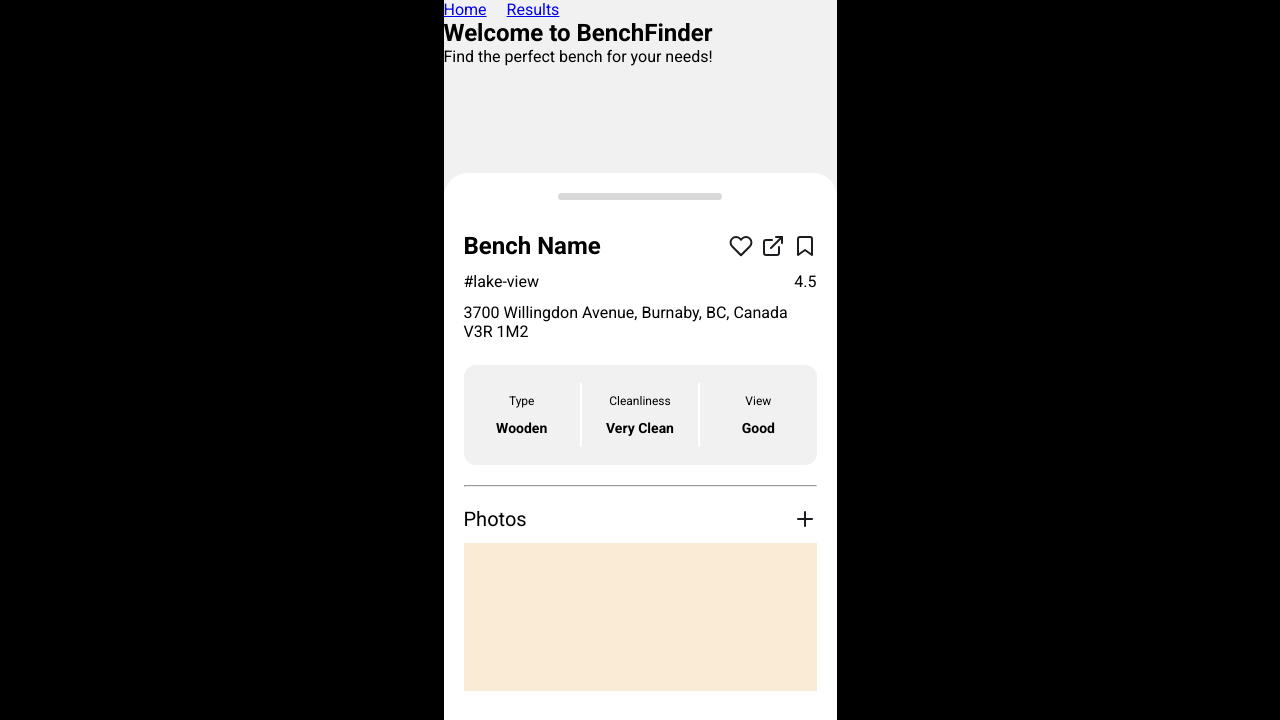
Repository: HidayatPatil/BenchFinder
Page: /
The author's editor kept a copy of each file at every save. The page is drawn from the files as they stood at one save, then again after the next save.
The browser window is 1280 px wide. The pictures show the whole page.
The project was rebuilt for these pictures with package versions that can differ from the ones it lists, and the page was loaded fresh each time. Also part of the build but not shown: vite.config.js, src/Results.jsx.

Above is the page before, as saved 2025-10-09 22:06:27.

### index.html
<!doctype html>
<html lang="en">
  <head>
    <meta charset="UTF-8" />
    <link rel="icon" type="image/svg+xml" href="/vite.svg" />
    <meta name="viewport" content="width=device-width, initial-scale=1.0" />
    <title>benchfinder</title>
  </head>
  <body>
    <div id="root"></div>
    <script type="module" src="/src/main.jsx"></script>
  </body>
</html>

### src/index.css
@import url("https://fonts.googleapis.com/css2?family=Roboto:wght@400;700&display=swap");

/* Reset default margins and padding */
* {
  margin: 0;
  padding: 0;
  box-sizing: border-box;
}

body,
html {
  width: 100%;
  height: 100%;
  overflow: hidden;
  background-color: black;
  display: flex;
  justify-content: center;
  align-items: center;
  font-family: "Roboto", sans-serif;
  overflow: visible;
}

#root {
  width: 393px;
  min-width: 320px;
  max-width: 425px;
  height: 100vh;
  background-color: rgb(0, 0, 0);
  position: relative;
}

.app_body {
  width: 393px;
  min-width: 320px;
  max-width: 425px;
  height: 100%;
  background-color: #f1f1f1;
  margin: 0 auto;
  position: relative;
}

.drawer_container {
  height: 547px;
  width: 100%;
  position: absolute;
  bottom: 0;
  padding: 0 20px;
  background-color: #ffffff;
  border-radius: 24px 24px 0 0;
}

.drawer_handle {
  width: 164px;
  height: 7px;
  border-radius: 100px;
  background-color: #d9d9d9;
  margin: 20px auto 32px auto;
}

.bench_data {
  display: flex;
  flex-direction: column;
  gap: 20px;
}

.bench_information {
  display: flex;
  flex-direction: column;
  gap: 24px;
}

.data_metadata {
  display: flex;
  flex-direction: column;
  gap: 12px;
}

.metadata_name_options {
  display: flex;
  justify-content: space-between;
  align-items: center;

  h2 {
    font-size: 24px;
    font-weight: 600;
  }

  .bench_metadata_options {
    display: flex;
    gap: 8px;
  }

  .option_icons {
    height: 24px;
    width: 24px;
    color: #1c1b1f;
  }
}

.metadata_tags_rating {
  display: flex;
  justify-content: space-between;
  align-items: center;
}

.data_bench_overview {
  display: flex;
  justify-content: space-between;
  gap: 24px;
  align-items: center;
  background-color: #f1f1f1;
  padding: 16px 24px;
  text-align: center;
  height: 100px;
  border-radius: 12px;

  .bench_overview_container {
    display: flex;
    flex-direction: column;
    gap: 12px;
    flex: 1;
  }

  .overview_title {
    font-size: 12px;
    font-weight: 500;
  }

  .overview_content {
    font-size: 14px;
    font-weight: 600;
  }

  .box_data_seperators {
    background-color: white;
    height: 64px;
    width: 2px;
  }
}

.bench_photos {
  display: flex;
  flex-direction: column;
  gap: 12px;

  .photos_heading {
    display: flex;
    justify-content: space-between;
    align-items: center;

    h3 {
      font-size: 20px;
      font-weight: 500;
    }

    .option_icons {
      height: 24px;
      width: 24px;
      color: #1c1b1f;
    }
  }
}

.photos_gallery {
    display: flex;
    width: 100%;
    /* gap: 12px;
    align-items: flex-start;
    overflow: auto; */
  }

.gallery_image {
        background-color: antiquewhite;
        height: 148px;
        width: 148px;
        /* flex: 1; */
    }

### src/App.jsx
import { Routes, Route, Link } from 'react-router-dom'
import Result from './Results'
import Home from './Home'

export default function App(){
  return (
    <div className="app_body">
      {/* <h1 className="container">BenchFinder App</h1> */}
      <nav>
        <Link to="/" style={{ marginRight: '20px' }}>Home</Link>
        <Link to="/results">Results</Link>
      </nav>

      <Routes>
        <Route path="/" element={<Home />} />
        <Route path="/results" element={<Result />} />
      </Routes>
    </div>
  )
}

### src/Home.jsx
import ContentDrawer from "./components/contentDrawer"

export default function Home() {
  return (
    <div>
      <h2>Welcome to BenchFinder</h2>
      <p>Find the perfect bench for your needs!</p>
      <div className="google_maps">
        <img />
      </div>
      <ContentDrawer />
    </div>
  )
}

### src/components/contentDrawer.jsx
import { FiHeart } from "react-icons/fi";
import { FiExternalLink } from "react-icons/fi";
import { FiBookmark } from "react-icons/fi";
import { FiPlus } from "react-icons/fi";
import { IconContext } from "react-icons";

export default function ContentDrawer() {
  return (
    <div className="drawer_container">
      <div className="drawer_handle"></div>
      <div className="bench_data">
        {" "}
        {/* main container holding data */}
        <div className="bench_information">
          {" "}
          {/* section above the line break */}
          <div className="data_metadata">
            <div className="metadata_name_options">
              <h2>Bench Name</h2>
              <div className="bench_metadata_options">
                <IconContext.Provider value={{ className: "option_icons" }}>
                  <FiHeart />
                  <FiExternalLink />
                  <FiBookmark />
                </IconContext.Provider>
              </div>
            </div>
            <div className="metadata_tags_rating">
              <div className="bench_tags">#lake-view</div>
              <div className="bench_rating">4.5</div>
            </div>
            <p className="metadata_address">
              3700 Willingdon Avenue, Burnaby, BC, Canada V3R 1M2
            </p>
          </div>
          <div className="data_bench_overview">
            <div className="bench_overview_container">
              <h4 className="overview_title">Type</h4>
              <p className="overview_content">Wooden</p>
            </div>
            <span className="box_data_seperators" />
            <div className="bench_overview_container">
              <h4 className="overview_title">Cleanliness</h4>
              <p className="overview_content">Very Clean</p>
            </div>
            <span className="box_data_seperators" />
            <div className="bench_overview_container">
              <h4 className="overview_title">View</h4>
              <p className="overview_content">Good</p>
            </div>
          </div>
        </div>
        <hr /> {/* line break */}
        <div className="bench_photos">
          <div className="photos_heading">
            <h3>Photos</h3>
            <IconContext.Provider value={{ className: "option_icons" }}>
              <FiPlus />
            </IconContext.Provider>
          </div>
          <div className="photos_gallery">
            <div className="gallery_image"></div>
            <div className="gallery_image"></div>
            <div className="gallery_image"></div>
            <div className="gallery_image"></div>
          </div>
        </div>
      </div>
    </div>
  );
}

Loaded but not shown: src/main.jsx (common file)

After the next save:
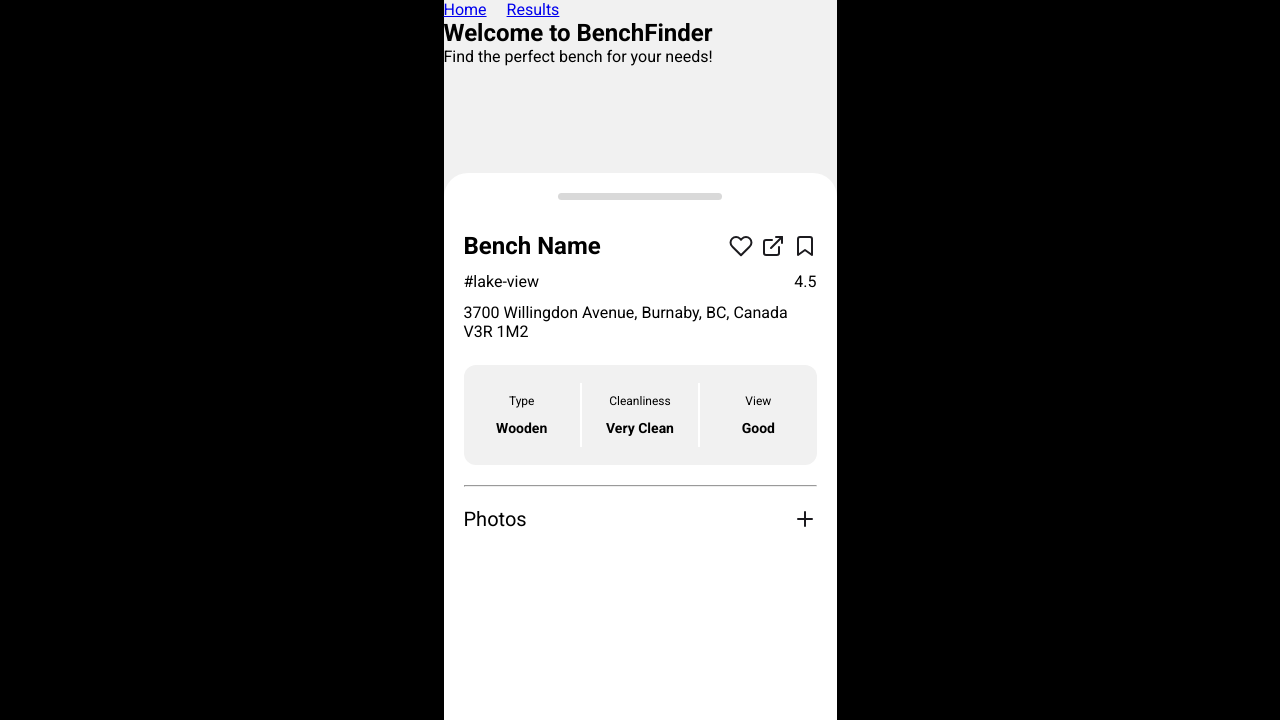
Saved 2 min 34 s later.
--- a/src/index.css
+++ b/src/index.css
@@ -162,16 +162,14 @@
 }
 
 .photos_gallery {
-    display: flex;
-    width: 100%;
-    /* gap: 12px;
-    align-items: flex-start;
-    overflow: auto; */
-  }
+  display: flex;
+  overflow-x: auto;
+  overflow-y: visible;
+  gap: 12px;
+}
 
 .gallery_image {
-        background-color: antiquewhite;
-        height: 148px;
-        width: 148px;
-        /* flex: 1; */
-    }
+  flex: 0 0 auto; /* fixed size, no shrinking */
+  width: 148px;
+  height: 148px;
+}

After the 5 saves that followed:
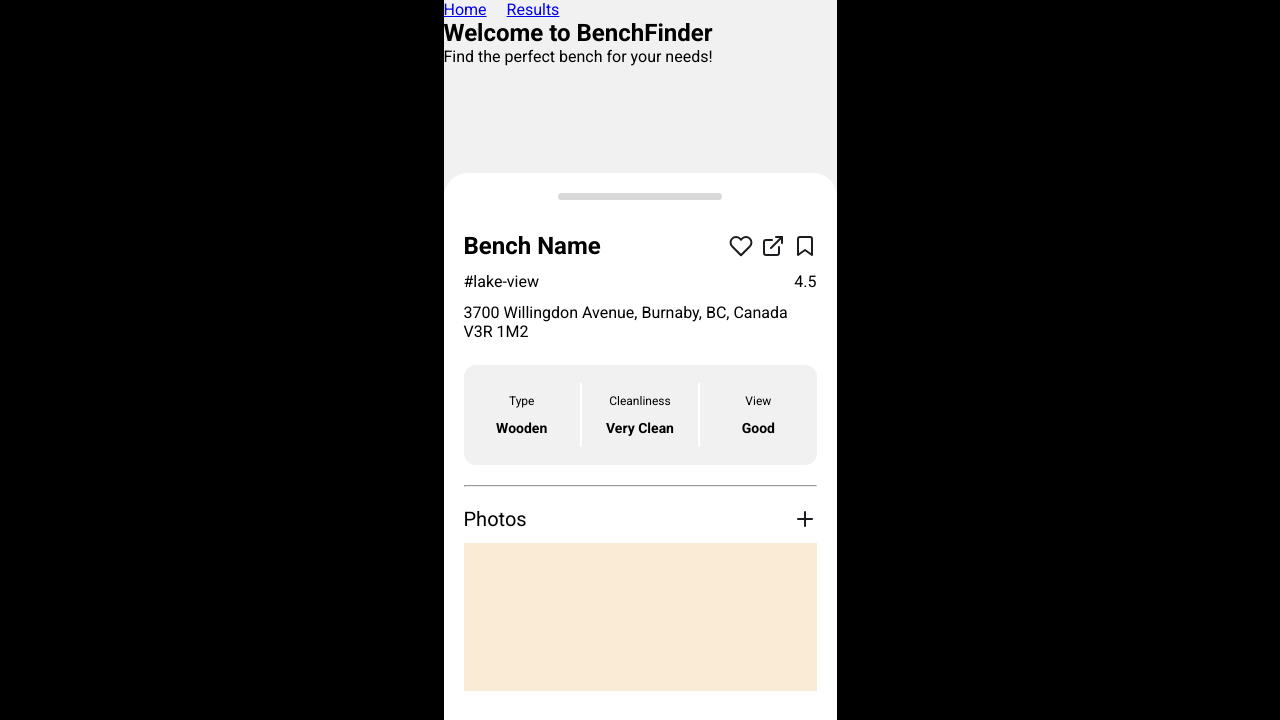
The 5 saves are shown as one change because 4 left the picture as it was.
The last was saved 93 s later.
--- a/src/index.css
+++ b/src/index.css
@@ -162,14 +162,16 @@
 }
 
 .photos_gallery {
-  display: flex;
-  overflow-x: auto;
-  overflow-y: visible;
-  gap: 12px;
-}
+    display: flex;
+    width: 100%;
+    /* gap: 12px;
+    align-items: flex-start;
+    overflow: auto; */
+  }
 
 .gallery_image {
-  flex: 0 0 auto; /* fixed size, no shrinking */
-  width: 148px;
-  height: 148px;
-}
+        background-color: antiquewhite;
+        height: 148px;
+        width: 148px;
+        /* flex: 1; */
+    }
